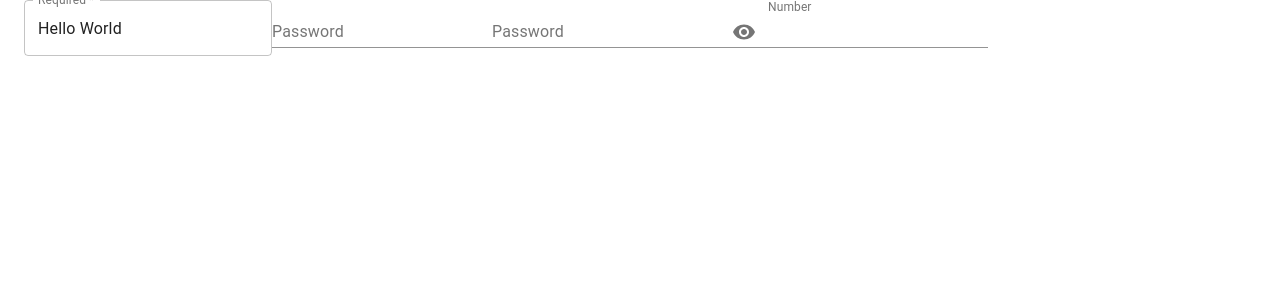
Repository: 0101chaitanya/html-forms
Page: /
These files come from the project's save history. The page is drawn as it stood at one moment and after the next save; the edit follows.
The browser window is 1280 px wide. The pictures show the whole page.
The project was rebuilt for these pictures with package versions that can differ from the ones it lists, and the page was loaded fresh each time. Also part of the build but not shown: src/App.css.

Above is the page before, as saved 2021-08-14 13:44:43.

### src/App.js
import { Container, ThemeProvider } from "@material-ui/core";

import { BrowserRouter, Switch, Route } from "react-router-dom";

import Layout from "./components/Layout";
import Form from "./components/Form";
import "./App.css";

function App() {
  console.log("hi");
  return (
    <Container>
      <Layout />
      <Form />
    </Container>
  );
}

export default App;

### src/components/Layout.js
const Layout = (props) => {
  return <div></div>;
};
export default Layout;

### src/components/Form.js
import {
  TextField,
  FormControl,
  InputAdornment,
  InputLabel,
  Input,
  IconButton,
} from "@material-ui/core";
import { Visibility, VisibilityOff } from "@material-ui/icons";

import { createStore } from "redux";

function counterReducer(state = { value: 0 }, action) {
  switch (action.type) {
    case "counter/incremented":
      return {
        value: state.value + 1,
      };
    case "counter/decremented":
      return { value: state.value - 1 };
    default:
      return state;
  }
}

/* const useStyles = makeStyles({
  root: {},
});
 */ let store = createStore(counterReducer);
store.subscribe(() => console.log(store.getState()));
const Form = (props) => {
  //  const classes = useStyles();
  return (
    <div>
      <form
        //className={classes.root}
        noValidate
        autoComplete="off"
      >
        <TextField
          id="outlined-basic"
          label="Required"
          required
          variant="outlined"
          defaultValue="Hello World"
        />
        <TextField
          id="standard-password-input"
          label="Password"
          type="password"
          autoComplete="current-password"
        />
        <FormControl className="">
          <InputLabel htmlFor="standard-adornment-password">
            Password
          </InputLabel>
          <Input
            id="standard-adornment-password"
            //type={values.showPassword ? "text" : "password"}
            //value={values.password}
            //onChange=""
            endAdornment={
              <InputAdornment position="end">
                <IconButton
                  aria-label="toggle password visibility"
                  //onClick={handleClickShowPassword}
                  //onMouseDown={handleMouseDownPassword}
                >
                  {true ? <Visibility /> : <VisibilityOff />}
                </IconButton>
              </InputAdornment>
            }
          />
        </FormControl>
        <TextField
          id="standard-number"
          label="Number"
          type="number"
          InputLabelProps={{
            shrink: true,
          }}
        />
      </form>
    </div>
  );
};
export default Form;

Loaded but not shown: public/index.html (common file); src/index.js (common file); src/index.css (common file); src/reportWebVitals.js (common file)

After the next save:
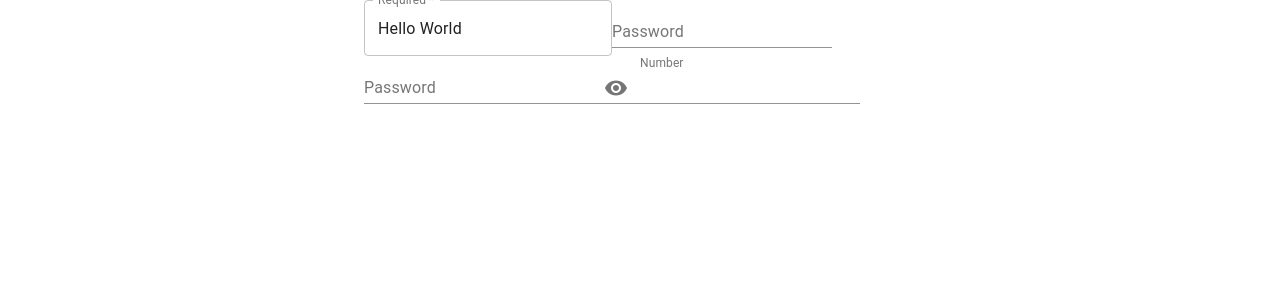
Saved 3 min 35 s later.
--- a/src/App.js
+++ b/src/App.js
@@ -9,7 +9,7 @@ import "./App.css";
 function App() {
   console.log("hi");
   return (
-    <Container>
+    <Container maxWidth="sm">
       <Layout />
       <Form />
     </Container>
